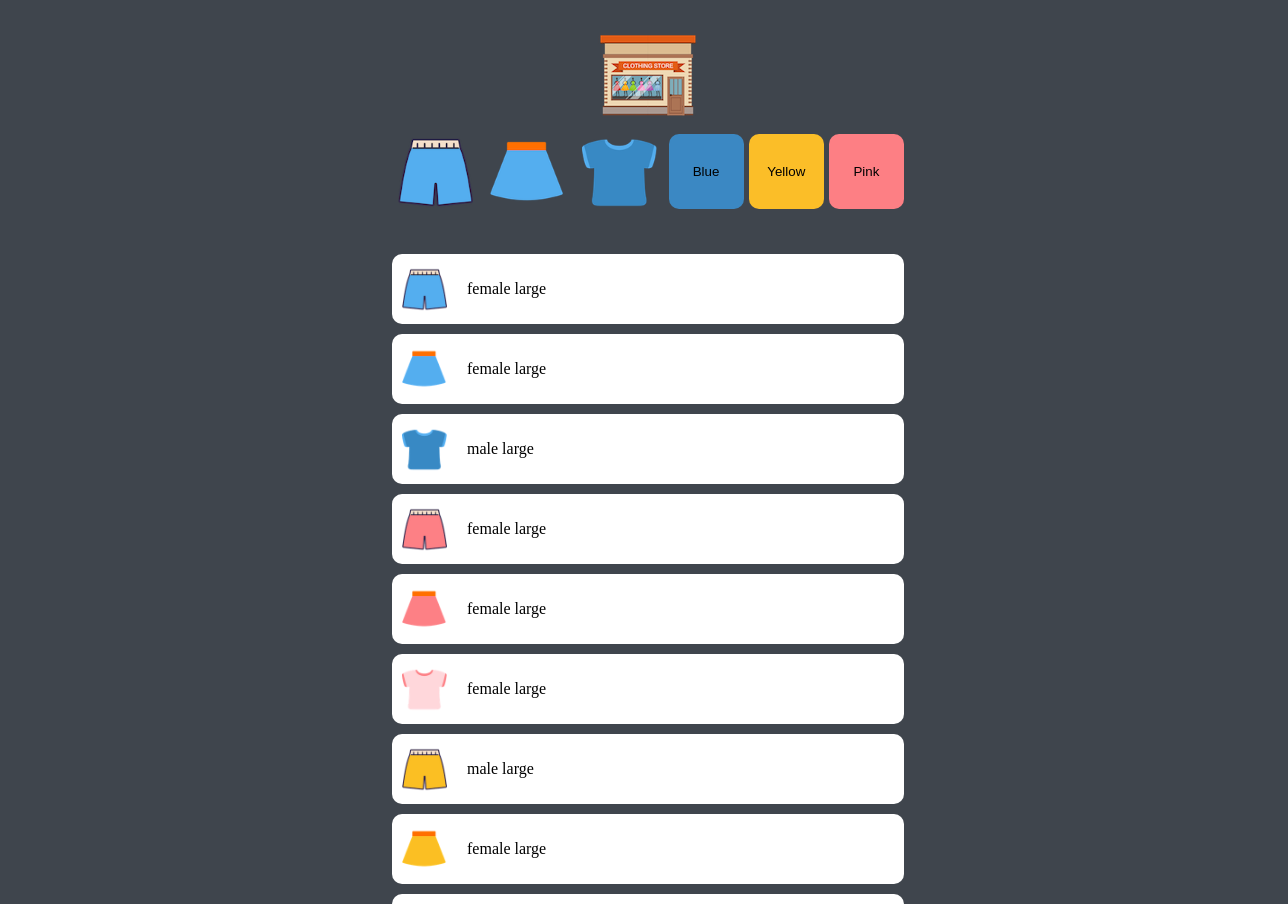
Repository: Jay-JYKim91/elle-shopping-mall
Page: index.html
These files come from the project's save history. The page is drawn as it stood at one moment and after the next save; the edit follows.
The browser window is 1280 px wide. The page is 1288 px wide, so the pictures cover 1288 px, including what lies to the right of the window. The pictures show the whole page.
An inner scrolling area shows only its first screen.

Above is the page before, as saved 2021-07-28 19:48:00.

### index.html
<!DOCTYPE html>
<html lang="en">
  <head>
    <meta charset="UTF-8" />
    <meta name="viewport" content="width=device-width, initial-scale=1.0" />
    <title>Online Shopping</title>
    <link rel="stylesheet" href="style.css" />
    <script src="src/main.js" defer></script>
  </head>
  <body>
    <div class="container">
      <div class="logo">
        <img src="./img/logo.png" alt="logo">
      </div>
      <div class="options">
        <button class="btn">
          <img src="./img/blue_p.png" alt="blue pants" data-key="type" data-value="pants">
        </button>
        <button class="btn">
          <img src="./img/blue_s.png" alt="blue skirt" data-key="type" data-value="skirt">
        </button>
        <button class="btn">
          <img src="./img/blue_t.png" alt="blue t-shirt" data-key="type" data-value="tshirt">
        </button>
        <button class="btn color-box blue" data-key="color" data-value="blue">
          Blue
        </button>
        <button class="btn color-box yellow" data-key="color" data-value="yellow">
          Yellow
        </button>
        <button class="btn color-box pink" data-key="color" data-value="pink">
          Pink
        </button>
      </div>
      <div class="lists">
        <ul>

        </ul>
      </div>
    </div>
  </body>
</html>

### style.css
:root {
  /* color */
  --color-black: #3f454d;
  --color-white: #ffffff;
  --color-blue: #3b88c3;
  --color-yellow: #fbbe28;
  --color-pink: #fd7f84;
  --color-light-grey: #dfdfdf;
}

* {
  box-sizing: border-box;
}
body {
  background-color: var(--color-black);
  height: 90vh;
  width: 100vw;
}
.container {
  text-align: center;
  width: 40%;
  height: 70vh;
  margin: 30px auto;
}
.invisible {
  display: none;
}
.options {
  display: flex;
  justify-content: space-between;
}
.btn {
  background-color: #3f454d;
  border: none;
}
.options img {
  width: 75px;
  height: 75px;
  transition: transform 300ms;
}
.options img:hover {
  transform: scale(1.1);
}
.color-box {
  width: 75px;
  height: 75px;
  text-align: center;
  border-radius: 10px;
  transition: transform 300ms;
}
.color-box:hover {
  transform: scale(1.1);
}
.color-box p {
  margin: 28px 0;
}
.blue {
  background-color: var(--color-blue);
}
.yellow {
  background-color: var(--color-yellow);
}
.pink {
  background-color: var(--color-pink);
}
.lists {
  height: 660px;
  overflow-y: scroll;
  padding: 0;
  margin-top: 30px;
}
.lists::-webkit-scrollbar {
  display: none;
}
ul {
  list-style: none;
  padding: 0;
}
.list {
  background-color: var(--color-white);
  width: 100%;
  padding: 10px;
  display: flex;
  align-items: center;
  margin-top: 10px;
  border-radius: 10px;
}
.list img {
  width: 45px;
  height: 45px;
  margin-right: 20px;
}

### src/main.js
function loadItems() {
    return fetch('data/data.json')
    .then(response => response.json())
    .then(json => json.items);
}

function displayItems(items) {
    const lists = document.querySelector('.lists');
    lists.innerHTML = items.map(item => createHTMLString(item)).join('');
}
function createHTMLString(item) {
    return `
        <li class="list">
            <img src="${item.image}" alt="${item.img}">
            <div class="description">
                <p>${item.gender} ${item.size}</p>
            </div>
        </li>
    `
}
function onBtnClick(event, items) {
    const target = event.target
    const key = target.dataset.key;
    const value = target.dataset.value;

    if(key == null || value == null) {
        return;
    }

    // const filtered = items.filter(item => item[key] === value);
    // displayItems(filtered);
    updateItems(items, key, value);
}

function updateItems(items, key, value) {
    items.forEach(item => {
        // console.log(item[key]);
        // console.log(key);
        // console.log(value);
        if (item[key] === value) {
            console.log(key);
        } else {
            return;
        }
        // if (item[key] === value) {
        //     item.classList.remove('invisible');
        // } else {
        //     item.classList.add('invisible');
        // }
    })
}
function setEventListeners(items) {
    const logo = document.querySelector('.logo');
    const btns = document.querySelector('.options');
    logo.addEventListener('click', ()=> displayItems(items));
    btns.addEventListener('click', event => onBtnClick(event, items));
}
loadItems()
.then(items => {
    displayItems(items);
    setEventListeners(items);
})
.catch(console.log);

### data/data.json
{
    "items": [
        {
            "type": "pants",
            "gender": "female",
            "size": "large",
            "color": "blue",
            "image": "../img/blue_p.png"
        },
        {
            "type": "skirt",
            "gender": "female",
            "size": "large",
            "color": "blue",
            "image": "../img/blue_s.png"
        },
        {
            "type": "tshirt",
            "gender": "male",
            "size": "large",
            "color": "blue",
            "image": "../img/blue_t.png"
        },
        {
            "type": "pants",
            "gender": "female",
            "size": "large",
            "color": "pink",
            "image": "../img/pink_p.png"
        },
        {
            "type": "skirt",
            "gender": "female",
            "size": "large",
            "color": "pink",
            "image": "../img/pink_s.png"
        },
        {
            "type": "tshirt",
            "gender": "female",
            "size": "large",
            "color": "pink",
            "image": "../img/pink_t.png"
        },
        {
            "type": "pants",
            "gender": "male",
            "size": "large",
            "color": "yellow",
            "image": "../img/yellow_p.png"
        },
        {
            "type": "skirt",
            "gender": "female",
            "size": "large",
            "color": "yellow",
            "image": "../img/yellow_s.png"
        },
        {
            "type": "tshirt",
            "gender": "female",
            "size": "large",
            "color": "yellow",
            "image": "../img/yellow_t.png"
        }
    ]
}

After the next save:
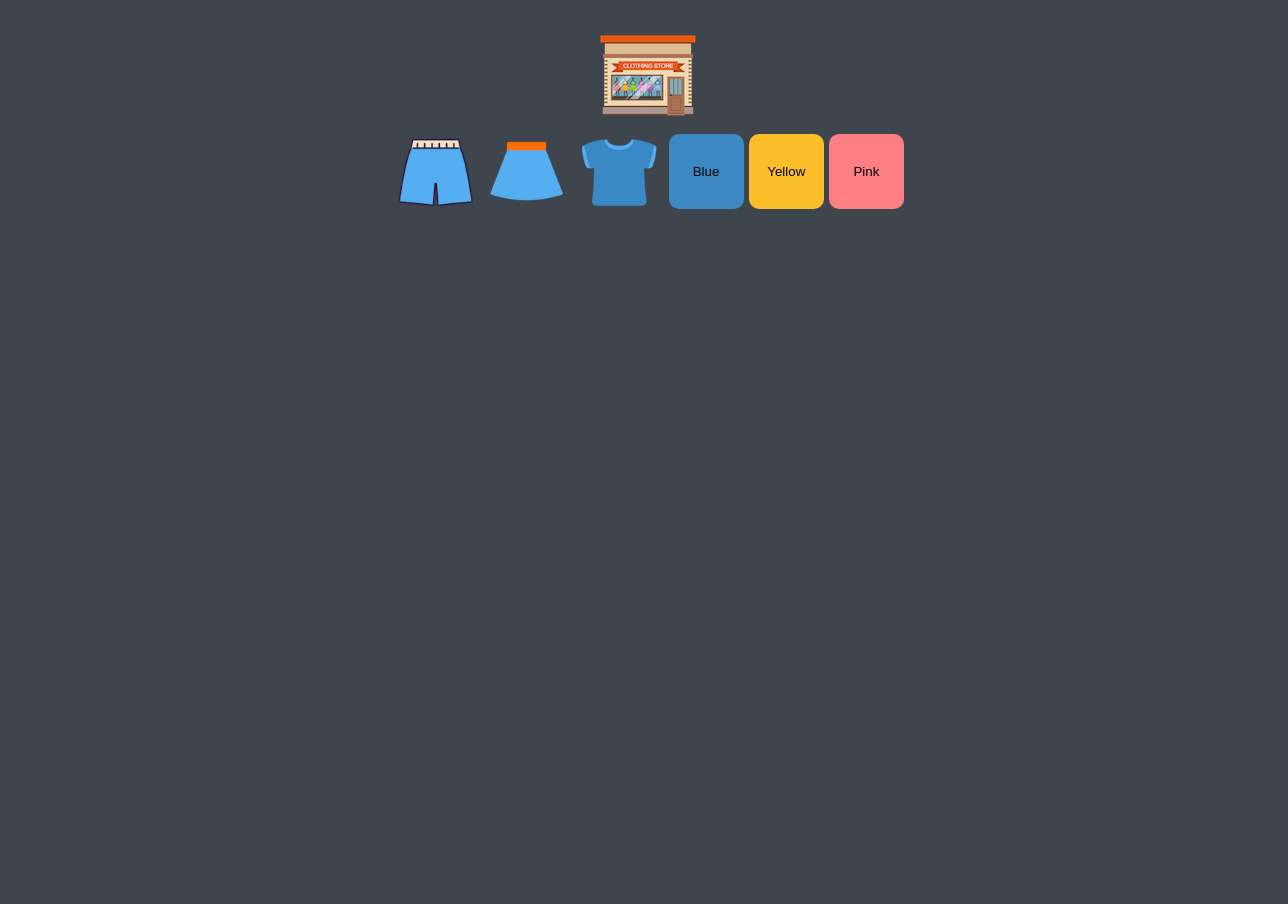
Console error: SyntaxError: Unexpected token 'if'
Saved 5 min 19 s later.
--- a/src/main.js
+++ b/src/main.js
@@ -37,8 +37,10 @@
         // console.log(item[key]);
         // console.log(key);
         // console.log(value);
+        const list =
         if (item[key] === value) {
-            console.log(key);
+            console.log(item);
+
         } else {
             return;
         }

After the save that followed:
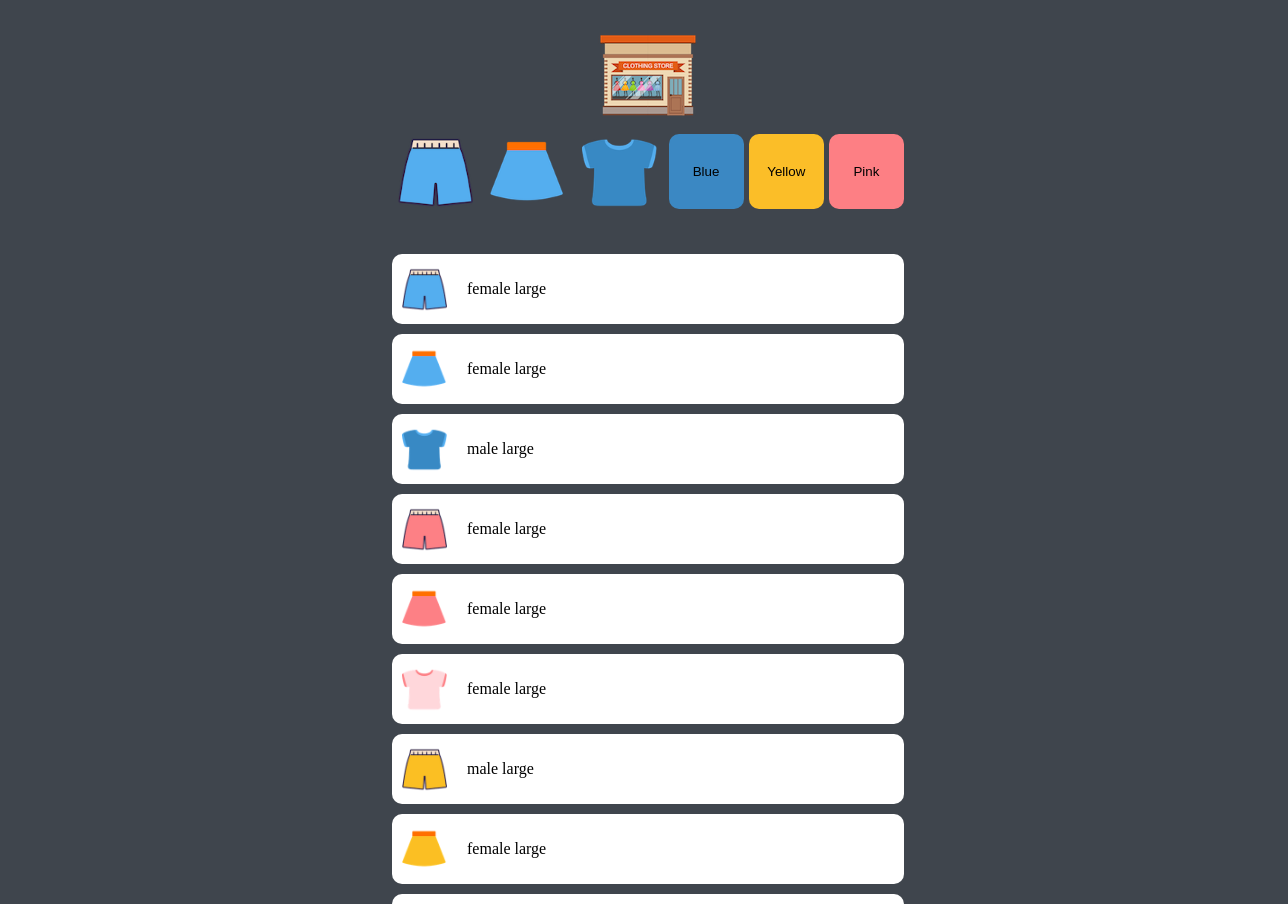
The error is gone.
Saved 14 s later.
--- a/src/main.js
+++ b/src/main.js
@@ -37,7 +37,7 @@
         // console.log(item[key]);
         // console.log(key);
         // console.log(value);
-        const list =
+        // const list =
         if (item[key] === value) {
             console.log(item);
 
